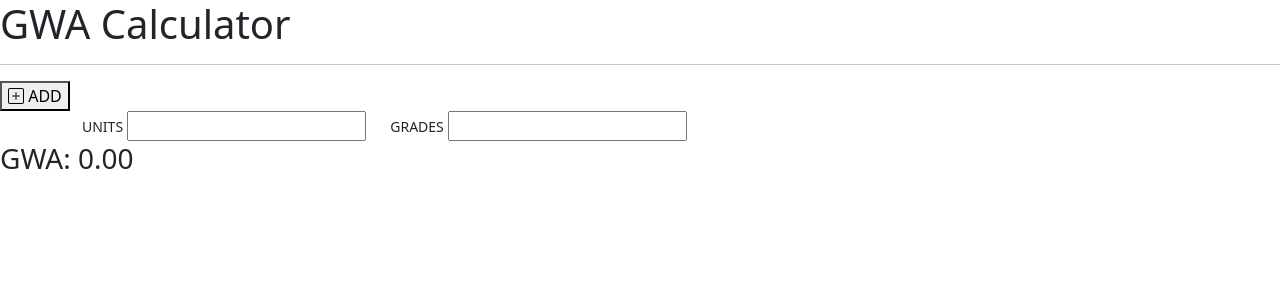
Repository: yonora/GWACalculator
Page: index.html
The author's editor kept a copy of each file at every save. The page is drawn from the files as they stood at one save, then again after the next save.
The browser window is 1280 px wide. The pictures show the whole page.

Above is the page before, as saved 2025-01-08 00:26:00.

After the next save:
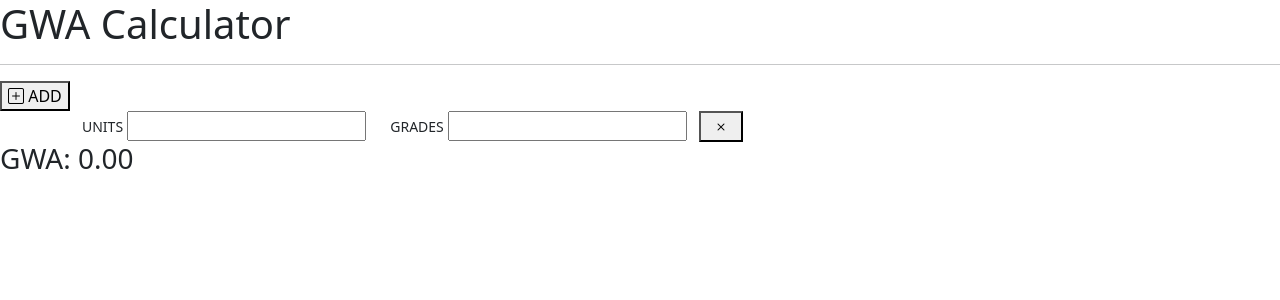
Console error (its wording comes from the project's code and is left out).
Saved 12 s later.
--- a/index.html
+++ b/index.html
@@ -22,6 +22,7 @@
                 <label class="col-form-label-sm">GRADES</label>
                 <input type="text" class="col-form-control grades" oninput="getGWA()">
             </div>
+            <button class="col-auto remove" onclick="remove(${lastIndex})"><i class="bi bi-x"></i></button>
         </div>
     </div>
     <h3>GWA: <span id="gwa">0.00</span></h3>

After the save that followed:
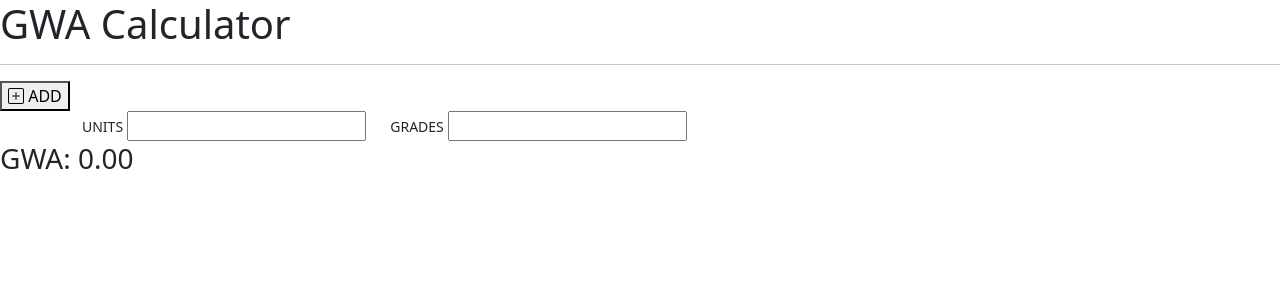
The error is gone.
Saved 13 s later.
--- a/index.html
+++ b/index.html
@@ -22,7 +22,6 @@
                 <label class="col-form-label-sm">GRADES</label>
                 <input type="text" class="col-form-control grades" oninput="getGWA()">
             </div>
-            <button class="col-auto remove" onclick="remove(${lastIndex})"><i class="bi bi-x"></i></button>
         </div>
     </div>
     <h3>GWA: <span id="gwa">0.00</span></h3>
